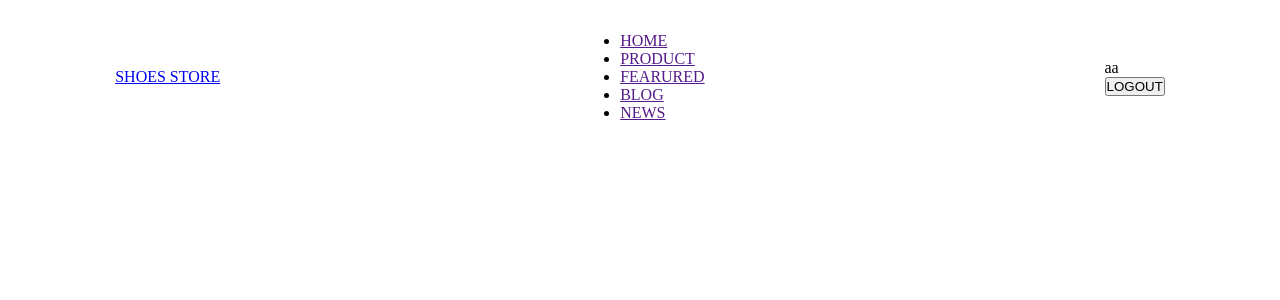
Repository: levananh202ht/Shoes-Store
Page: FondEnd/Styles/index.html
An editor plug-in stored every save of this project. The page is shown before and after the next save, followed by the edit.
The browser window is 1280 px wide. The pictures show the whole page.

Above is the page before, as saved 2023-12-23 22:01:49.

### FondEnd/Styles/index.html
<!DOCTYPE html>
<html lang="en">
<head>
    <meta charset="UTF-8">
    <meta name="viewport" content="width=device-width, initial-scale=1.0">
    <link rel="stylesheet" href="/FondEnd/css/index.css">
    <title>Document</title>
</head>
<body>
    <div class="container">

        <!-- header -->
        <div class="container_header">

            <a href="#" class="container_header-logo">SHOES STORE</a>
            <ul class="container_header-navbar">
                <li><a href="">HOME</a></li>
                <li><a href="">PRODUCT</a></li>
                <li><a href="">FEARURED</a></li>
                <li><a href="">BLOG</a></li>
                <li><a href="">NEWS</a></li>
            </ul>
            <div class="container_header-user">
                <p>aa</p>
                <button>LOGOUT</button>
            </div>
        </div>


        <div class="container_slider"></div>
        <div class="container_product"></div>
        <div class="container_blog"></div>
        <div class="container_news"></div>
        <div class="container_footer"></div>

    </div>
</body>
</html>

### FondEnd/css/index.css


*{
    margin: 0;
    padding: 0;
    box-sizing: border-box;
}
.container {

}
.container .container_header {
    position: absolute;
    top: 0;
    left: 0;
    right: 0;
    display: flex;
    justify-content: space-between;
    padding: 2rem 9%;
    align-items: center;
    background: #fff;
}

After the next save:
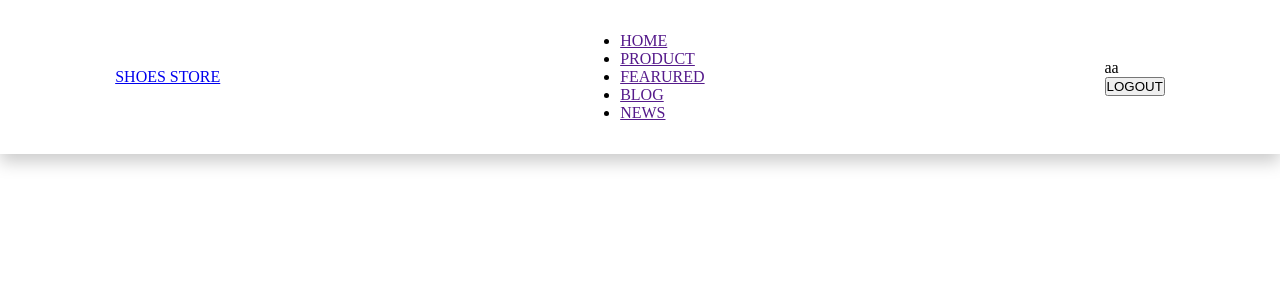
Saved 57 s later.
--- a/FondEnd/css/index.css
+++ b/FondEnd/css/index.css
@@ -18,4 +18,5 @@
     padding: 2rem 9%;
     align-items: center;
     background: #fff;
+    box-shadow: 0 0.5rem 1rem #ccc;
 }
